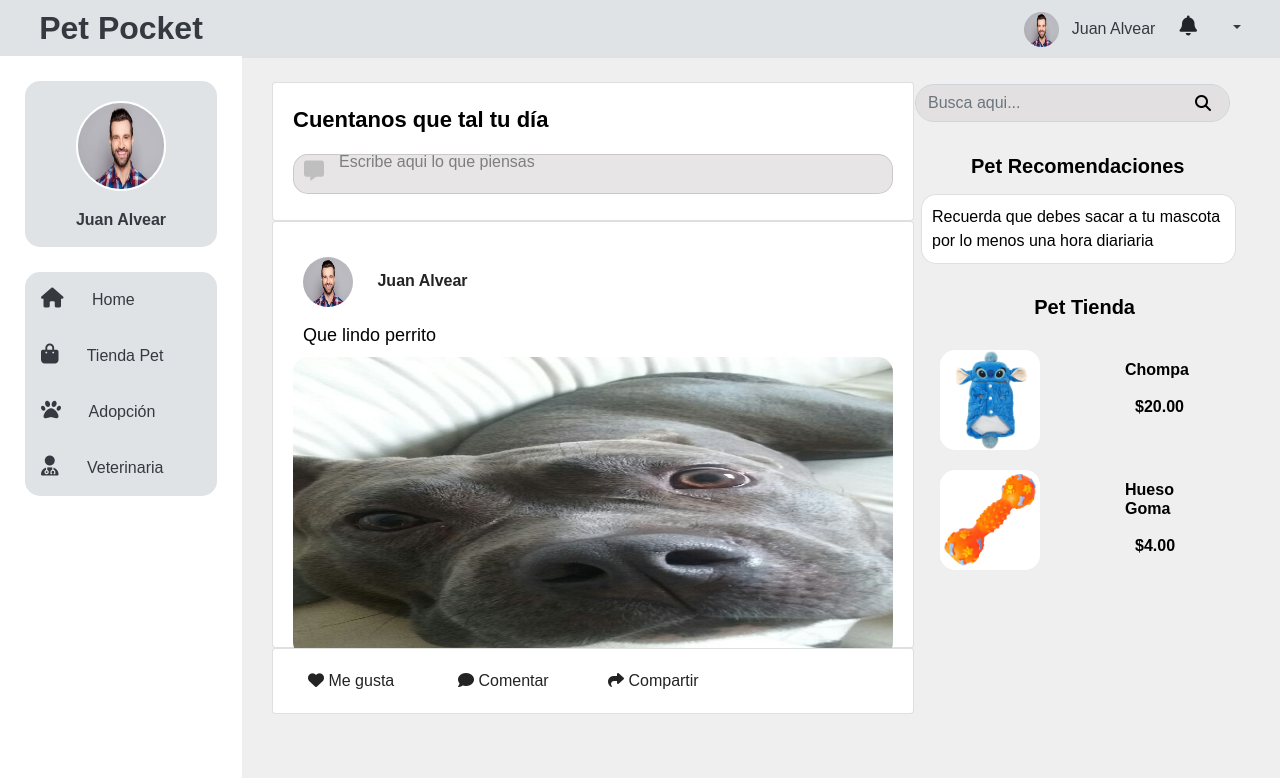
Repository: linkear/k_pet_pocket
Page: P-Final/public/home-principal.html
These files come from the project's save history. The page is drawn as it stood at one moment and after the next save; the edit follows.
The browser window is 1280 px wide. The pictures show the whole page.
An inner scrolling area shows only its first screen. Some web fonts or font styles are not loaded; a fallback is used. Some web libraries are served in a nearby version.

Above is the page before, as saved 2020-10-25 17:51:56.

### P-Final/public/home-principal.html
<!doctype html>
<html lang="en">

<head>
  <!-- Required meta tags -->
  <meta charset="utf-8">
  <meta name="viewport" content="width=device-width, initial-scale=1, shrink-to-fit=no">

  <!-- Bootstrap CSS -->
  <link rel="stylesheet" href="https://stackpath.bootstrapcdn.com/bootstrap/4.3.1/css/bootstrap.min.css"
    integrity="sha384-ggOyR0iXCbMQv3Xipma34MD+dH/1fQ784/j6cY/iJTQUOhcWr7x9JvoRxT2MZw1T" crossorigin="anonymous">

  <!-- Styles -->
  <link rel="stylesheet" href="../css/style.css">
  <link rel="stylesheet" href="../css/home.css">
  <link rel="stylesheet" href="../css/noticias.css">

  <!-- Google fonts -->
  <link href="https://fonts.googleapis.com/css?family=Muli:300,700&display=swap" rel="stylesheet">

  <title>Pet-Pocket - Home</title>
</head>

<body>
  <div class="d-flex" id="content-wrapper">
    <!-- Sidebar -->
    <div id="sidebar-container" class="">
      <div class="logo bg-primary">
        <h2 class="text-dark text-center font-weight-bold mb-0">Pet Pocket</h2>
      </div>
      <div class="bck_perfil bg-primary">
        <center>
          <img src="../assets/prfil.jpg" />

          <p class="font-weight-bold nombre_perfil text-dark">Juan Alvear</p>
        </center>
      </div>
      <div class="menu bg-primary">
        <a href="home-principal.html" class="d-block text-dark p-3 border-0"><i class="fa fa-home mr-4"></i>
          Home</a>

        <a href="home-tienda.html" class="d-block text-dark p-3 border-0"><i class="fas fa-shopping-bag mr-4"></i>
          Tienda Pet</a>

        <a href="home-adopcion.html" class="d-block text-dark p-3 border-0"><i class="fas fa-paw mr-4"></i>
          Adopción</a>
        <a href="#" class="d-block text-dark p-3 border-0"><i class="fas fa-user-md mr-4"></i>
          Veterinaria</a>
      </div>
    </div>
    <!-- Fin sidebar -->
    <!-- Navbar -->
    <div class="w-100">

      <!-- Navbar -->
      <nav class="navbar navbar-expand-lg navbar-light bg-primary border-bottom">
        <div class="container">
          <button class="navbar-toggler" type="button" data-toggle="collapse" data-target="#navbarSupportedContent"
            aria-controls="navbarSupportedContent" aria-expanded="false" aria-label="Toggle navigation">
            <span class="navbar-toggler-icon"></span>
          </button>
          <div class="collapse navbar-collapse" id="navbarSupportedContent">
            <ul class="navbar-nav ml-auto mt-2 mt-lg-0">
              <li class="nav-item dropdown mt-1">
                <img src="../assets/prfil.jpg" class="img-fluid rounded-circle avatar mr-2" />
                <label class="text-dark">Juan Alvear</label>
              </li>
              <li class="nav-item dropdown mt-1">
                <a class="dropdown-item" href=""><i class="fas fa-bell"></i></a>
              </li>
              <li class="nav-item dropdown">
                <a class="nav-link text-dark dropdown-toggle" href="#" id="navbarDropdown" role="button"
                  data-toggle="dropdown" aria-haspopup="true" aria-expanded="false">
                </a>
                <div class="dropdown-menu dropdown-menu-right" aria-labelledby="navbarDropdown">
                  <a class="dropdown-item" href="perfil.html"><i class="fas fa-user mr-2"></i>Mi perfil</a>
                  <div class="dropdown-divider"></div>
                  <a class="dropdown-item" href="../index.html"><i class="fas fa-sign-out-alt mr-2"></i>Cerrar
                    sesión</a>
                </div>
              </li>
            </ul>
          </div>
        </div>
      </nav>
      <!-- Fin Navbar -->

      <div id="content" class="bg-grey w-100">
        <section>
          <div class="container">
              <div class="row">
                  <div class="col-lg-8 my-4">
                      <div class="card rounded-2">
                          <div class="card-body">
                            <div class="form-group">
                              <label id="pstr" for="">Cuentanos que tal tu día</label>
                              <div class="card" id="post">
                                  <i class="fas fa-comment-alt fa-lg"  id="coment" ></i> <a href="post-foto.html" id="enPost" > Escribe aqui lo que piensas</a>
                              </div>
                            </div>
                          </div>
                      </div>
                      <div class="card rounded-2">
                        <div class="card-body">
                          <div class="header">
                            <img src="../assets/prfil.jpg" id="imgCard" alt="">
                            <a href="perfil.html" id="nameUser" >Juan Alvear</a>
                            <br>
                            <div class="comentUser">
                                <label class="" id="tl" for="">Que lindo perrito</label>
                            </div>
                            <a href="detalle-foto-user.html" class="mt-4"><img src="../assets/img/3.jpg" class="mx-auto d-block img-fluid" id="imgPost" alt=""></a>
                          </div>
                        </div>
                      </div>
                      <div class="card rounded-2">
                        <div class="card-body">
                          <div class="row">
                            <div class="col-3">
                                <a href="" id="itm" ><i class="fas fa-heart"></i> Me gusta </a>
                            </div>
                            <div class="col-3">
                                <a href="" id="itm" ><i class="fas fa-comment"></i> Comentar </a>
                            </div>
                            <div class="col-3">
                                <a href="" id="itm" ><i class="fas fa-share"></i> Compartir</a>
                            </div>
                        </div>
                      </div>
                    </div>
                  </div>
                  <div class="col-lg-4 my-3">

                  </div>
              </div>
          </div>
      </section>


        <div class="row">
            <div class="col-lg-2">
              <div class="row">
                <div class="col-2" id="not">
                    <div class="search">
                        <i id="i" class="fas fa-search"></i>
                        <input class="form-control" id="search" placeholder="Busca aqui..." type="text" aria-label="Search">
                     </div>
                     <div class="info">
                         <h5 class="mt-1 ml-3">Pet Recomendaciones</h5>
                        <div class="card mt-3" id="cardInfo">
                            <p> Recuerda que debes sacar a tu mascota por lo menos una hora diariaria </p>
                        </div>
                     </div>
                     <br>
                    <div class="tienda">
                        <h5 id="title2" > Pet Tienda</h5>
                        <div class="card1">
                                <div class="cardImg">
                                   <a href="home-tienda.html"><img src="../assets/img/j1.jpg" id="produc" alt=""></a>
                                    <div class="infor">
                                        <h6>Chompa</h6>
                                        <p>$20.00</p>
                                    </div>
                               </div>
                        </div>

                        <div class="card2">
                            <div class="cardImg">
                              <a href="home-tienda.html"> <img src="../assets/img/j2.jpg" id="produc" alt=""></a>
                                <div class="infor">
                                    <h6 class="mr-3">Hueso Goma</h6>
                                    <p>$4.00</p>
                                </div>
                           </div>
                    </div>
                    </div>

                </div>
            </div>

            </div>
        </div>


      </div>

    </div>
  </div>

  <!-- Optional JavaScript -->
  <!-- jQuery, Popper.js, Bootstrap JS -->
  <script src="https://kit.fontawesome.com/f5f7905918.js" crossorigin="anonymous"></script>
  <script src="https://code.jquery.com/jquery-3.3.1.slim.min.js"
    integrity="sha384-q8i/X+965DzO0rT7abK41JStQIAqVgRVzpbzo5smXKp4YfRvH+8abtTE1Pi6jizo" crossorigin="anonymous">
    </script>
  <script src="https://cdnjs.cloudflare.com/ajax/libs/popper.js/1.14.7/umd/popper.min.js"
    integrity="sha384-UO2eT0CpHqdSJQ6hJty5KVphtPhzWj9WO1clHTMGa3JDZwrnQq4sF86dIHNDz0W1" crossorigin="anonymous">
    </script>
  <script src="https://stackpath.bootstrapcdn.com/bootstrap/4.3.1/js/bootstrap.min.js"
    integrity="sha384-JjSmVgyd0p3pXB1rRibZUAYoIIy6OrQ6VrjIEaFf/nJGzIxFDsf4x0xIM+B07jRM" crossorigin="anonymous">
    </script>
  <script src="../js/store-pet/filtro-categories.js"></script>

</body>

</html>

### P-Final/css/style.css
@import url(sidebar.css);
@import url(navbar.css);
@import url(registro.css);
@import url(banner.css);
@import url(modal.css);
@import url(img-productos.css);

:root {
    --primary: #E0E3E5;
    --light: #ffffff;
    --grey: #efefef;
    --dark: black
}

body {
    overflow: hidden;
    font-family: 'Muli', sans-serif;
    font-weight: 300;
    color: var(--black);
}

a:hover {
    text-decoration: none;
}

.bg-primary { background-color: var(--primary) !important; }

.bg-light { background-color: var(--light) !important; }

.bg-grey { background-color: var(--grey) !important; }

.bg-mix { background: linear-gradient(180deg, var(--light) 50%, var(--grey) 0); }

.btn-primary {
    border: 0;
}


#content {
    overflow-y: auto;
    height: 100vh;
    padding-bottom: 5rem;
}

/*.btn-search {
    right: 0;
}*/

#cambio_icono::after {
    display: none;
}

.stat {
    border-right: 1px solid var(--grey);
}

.btn-sinborde:focus {
    outline: none;
    box-shadow: none;
}

.validar_error {
    border: 1px solid #C86C6C;
}


@media (max-width: 768px) {
    #sidebar-container {
      display: none;
    }
    .stat {
        border: 0;
    }
  }

### P-Final/css/home.css
/* {
    margin: 0px;
    padding: 0px;
    list-style: none;
}

body {
    margin: 0px;
    padding: 0px;
}

iframe {
    nav-up: root;
}

.row {
    margin: 0px;
    padding: 0px;
}



#menu {
    width: 100%;
    height: 650px;
    border-style: none;
    position: fixed;


}

#noticias {
  position: fixed;

  top: 60px;
  height: calc(90% - 0%);
  right: 2px;
  border-style: none;

}


#card1 {
    width: 580px;
    border-radius: 15px;
    position: relative;
    top: 20px;
    right: 40px;
    height: 115px;



}*/


#post {
    position: relative;
    top: 10px;
    width: calc(100% - 0%);
    height: 40px;
    background-color: #E7E5E5;
    border-radius: 15px;


}

#enPost {
    position: relative;
    top: -6px;
    left: 45px;
    color:#7E7E7E ;

}

#tl {
    position: relative;
    right: 90px;
    font-size: 18px;
    font-weight: 400;
}

#pstr{
    font-weight: 600;
    font-size: 22PX;
}


/*#pstra{
    font-weight: 600;
    font-size: 18px;
}*/

#coment {
    position: relative;
    top: 15px;
    left: 10px;
    color:  #C0BFBF;
}

/*#card2 {
    width: 550px;
    border-radius: 15px;
    position: relative;
    right: 40px;
    top: 40px;
    height: 415px;

}*/

#imgCard {
    width: 50px;
    height: 50px;
    border-radius: 50px;
    position: relative;
    top: 15px;
    left: 10px;
}

#nameUser {
    position: relative;
    left: 30px;
    top: 15px;
    color: #232323;
    font-weight: 600;
}




.comentUser {
    position: relative;
    top: 30px;
    left: 25px;
    font-size: large;
}



#imgPost {
    position: relative;
    border-radius: 15px;

    top: 30px;
    height: 300px;
    width: 100%

}

.footer {
    position: relative;
    width: 100%;
    top: 30px;



}

/*.footer  i {
    color: #232323;
}*/

#itm {
    color: #232323;

}

/*.card a{
    list-style: none;
    text-decoration: none;

}

.form-group {
    margin: 5px;
    padding: 5px;
}

@media (max-width: 1090px){

    #noticias{
        display: none;
    }

}

*/

### P-Final/css/noticias.css
* {
    margin: 0px;
    padding: 0px;
    list-style: none;
}

body {
    margin: 0px;
    padding: 0px;
}

.row {
    margin: 0px;
    padding: 0px;
}




.search {
    position: fixed;
    top: 60px;
    right: 50px;
    width: 315px;
}

.info {
    position: fixed;
    top: 150px;
    right: 10px;

}

#title1{
    position: relative;
    left: 90px;
    font-weight: 600;
}
h3 {
    position: relative;
    right: 175px;

}

h5{
    position: relative;
    font-weight: 600;
}

#cardInfo {
    position: relative;
    width: 315px;
    right: 34px;
    border-radius: 15px;
}

p{
    margin: 2px;
    padding: 8px;
}

#search {
    background-color:  #e2e0e0;
    border-radius: 20px;
}

#i {
    position: relative;
    top: 32px;
    margin-left: 280px;

}

#title2 {
    position: fixed;
    top: 295px;
    right: 145px;
    font-weight: 600;
}

.tienda {
    position: fixed;
    top: 350px;
    right: 90px;
}

.card1 {
    width: 250px;

}

.card2 {
    position: relative;
    top: -80px;
    width: 250px;
    border-style: none;
}

.infor{
    position: relative;
    left: 185px;
    height: 100px;
    width: 100px;
    top: -90px;
    font-weight: 600;

}

h6{
    font-weight: 600;
}

#produc{
    width: 100px;
    border-radius: 15px;
}

.comentUser {
    position: relative;
    left: 100px;

}

h3{
    position: relative;
    right: 60px;
    top: 5px;
    font-weight: 700;
}


@media (max-width: 1125px){
    #not {
        display: none;
    }

}

### P-Final/js/store-pet/filtro-categories.js
$(document).ready(function () {

    $('.categoryItem').click(function () {

        var catProduct = $(this).attr('category');

        console.log(catProduct)

        $('.product_item').hide();

        $('.product_item[category="' + catProduct + '"]').show();
    });

    $('.categoryItem[category="todos"]').click(function () {

        $('.product_item').show();
    });
})

### P-Final/css/sidebar.css
#sidebar-container {
    min-height: 100vh;
}

#sidebar-container .logo{
    padding: 0.565rem 1.25rem;
}

#sidebar-container .menu {
    width: 12rem;
    margin: 25px;
    border-radius: 15px;
}

.menu a:hover {
    background:#C0C0C0;
}

.menu .cambio-list{
    background:#C0C0C0;
}

.menu i {
    font-size: 20px;
}

#sidebar-container center img {
    height: 90px;
    width: 90px;
    border-radius: 50%;
    margin-top: 20px;
    border: 2px solid white;
  }

.nombre_perfil {
    padding: 15px;
}

.bck_perfil {
    margin: 25px ;
    border-radius: 15px;
}

### P-Final/css/navbar.css
nav a {
    text-decoration: none;
}

nav i {
    font-size: 20px;
}

/*.container .logo_login {
    position: relative;

}*/

/*.dropdown-toggle::after {
    display: none;
}*/



.avatar {
    max-width: 35px;
    height: 35px;
}

### P-Final/css/registro.css
.formulario {
  margin-top: 140px;
}

.formulario2 {
  padding: 15px;
  width: 25%;
  background-color: #e0e3e5;
  border-radius: 15px;
  box-shadow: 0px 3px 2px 3px#BCBCBC;
}

@media (max-width: 480px) {
  .formulario {
    margin-top: 170px;
  }

  .formulario2 h2 {
    font-size: 100%;
  }

  .formulario2 {
    width: 70%;
  }
}

### P-Final/css/banner.css
#banner {
  position: relative;
}

#banner .contenedor {
  position: absolute;
  top: 0;
  width: 100%;
  height: 100%;
  background-color: rgba(76, 76, 76, 0.5);
  display: flex;
  flex-direction: row;
  justify-content: center;
  align-items: center;
  color: #fff;
  transform: scale(0);
  transition: 0.9s ease;
}

#banner:hover .contenedor {
  transform: scale(1);
}

#banner img {
  height: 30vh;
}

.carousel-control-prev-icon {
  background-image: url("data:[embedded picture, 186 characters]");
}

.carousel-control-next-icon {
  background-image: url("data:[embedded picture, 186 characters]");
}

### P-Final/css/modal.css
#no-image {
     display: flex;
     flex-wrap: wrap;
     justify-content: center;
     align-items: center;
 }

#no-image img{
   /* display: flex;
    justify-content: center;
    align-items: center;*/
    width: 100%;
    height: 15vh;
}

/*#icono_camera img {
    width: 100%;
    height: 32vh;

}*/

label input[type="file"]{
    display: none;
}

### P-Final/css/img-productos.css
.img_productos img {
  padding: 5px;
  width: 100%;
  height: 43vh;
}

#imagenes-productos {
  border-radius: 10px;
}

.img-carrousel img {
  width: 100%;
  height: 65vh;
}

.img_categories img {
  padding: 15px;
  width: 100%;
  height: 30vh;
}

.product_item {
  transition: 0.5s;
  box-shadow: 0 5px rgba(0, 0, 0, 0.2);
  overflow: hidden;
}

.product_item:hover {
  z-index: 1;
  transform: scale(1.1);
  box-shadow: 0 12px 16px rgba(0, 0, 0, 0.2);
  /*border: 1px solid #77a4c2*/
}

After the next save:
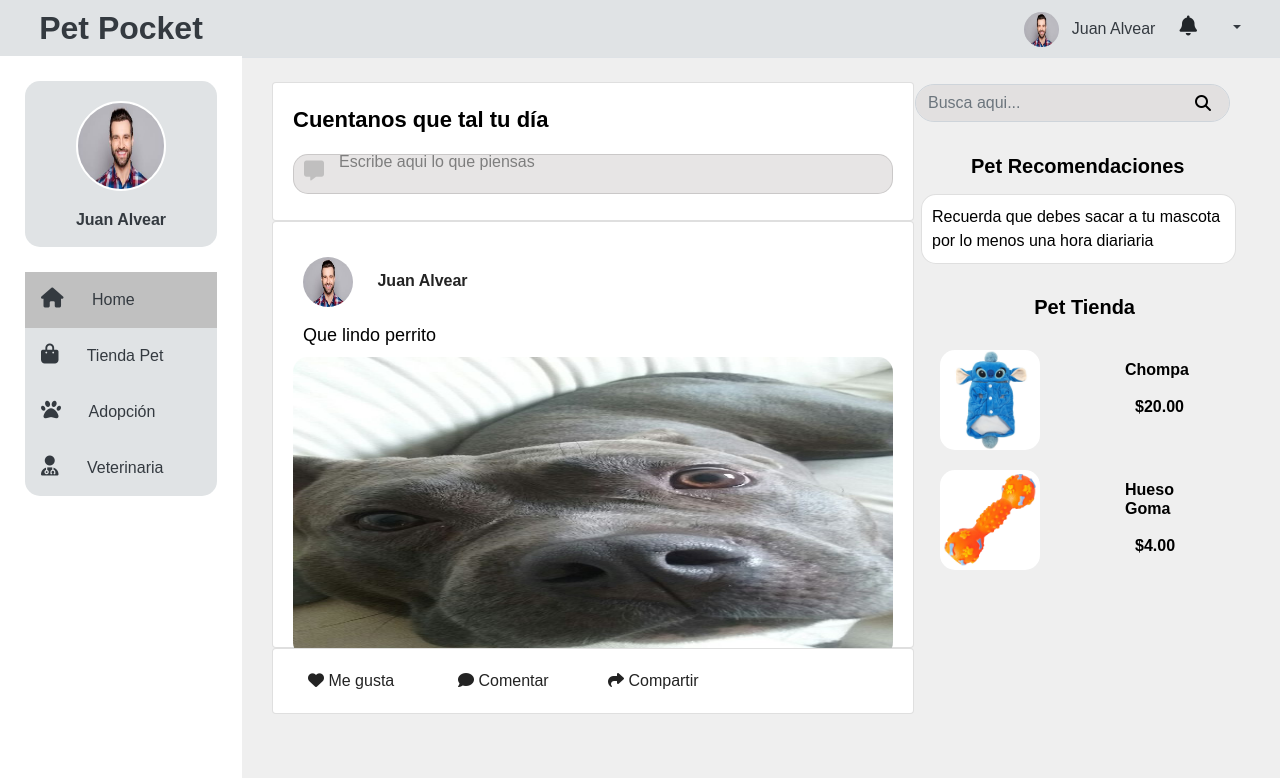
Saved 10 s later.
--- a/P-Final/public/home-principal.html
+++ b/P-Final/public/home-principal.html
@@ -36,7 +36,7 @@
         </center>
       </div>
       <div class="menu bg-primary">
-        <a href="home-principal.html" class="d-block text-dark p-3 border-0"><i class="fa fa-home mr-4"></i>
+        <a href="home-principal.html" class="d-block text-dark p-3 border-0 cambio-list"><i class="fa fa-home mr-4"></i>
           Home</a>
 
         <a href="home-tienda.html" class="d-block text-dark p-3 border-0"><i class="fas fa-shopping-bag mr-4"></i>
